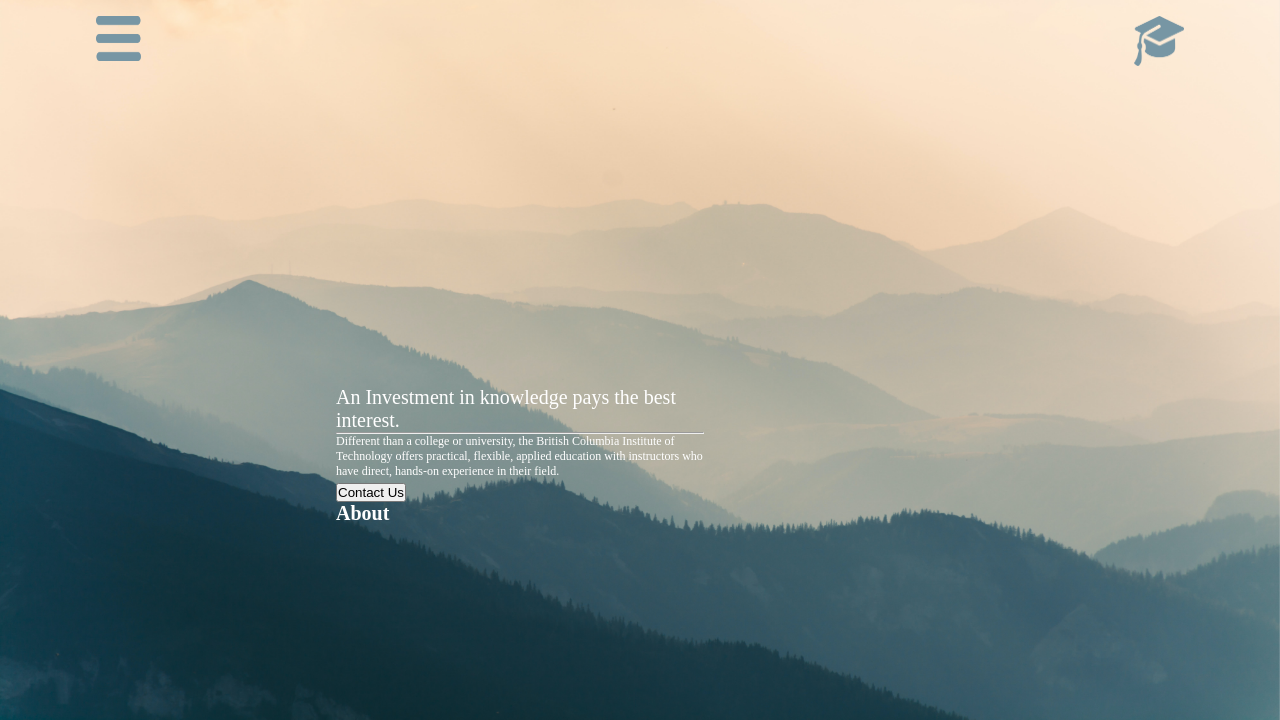
Repository: anoncoderin/assignment01-withCarousel-Madhu
Page: /
The author's editor kept a copy of each file at every save. The page is drawn from the files as they stood at one save, then again after a run of saves.
The browser window is 1280 px wide. The pictures show the whole page.
The project was rebuilt for these pictures with package versions that can differ from the ones it lists, and the page was loaded fresh each time. The framework's server and built-in components were replaced by stand-ins that run in the browser. Also part of the build but not shown: next.config.js.

Above is the page before, as saved 2023-02-01 22:18:52.

After the next 4 saves:
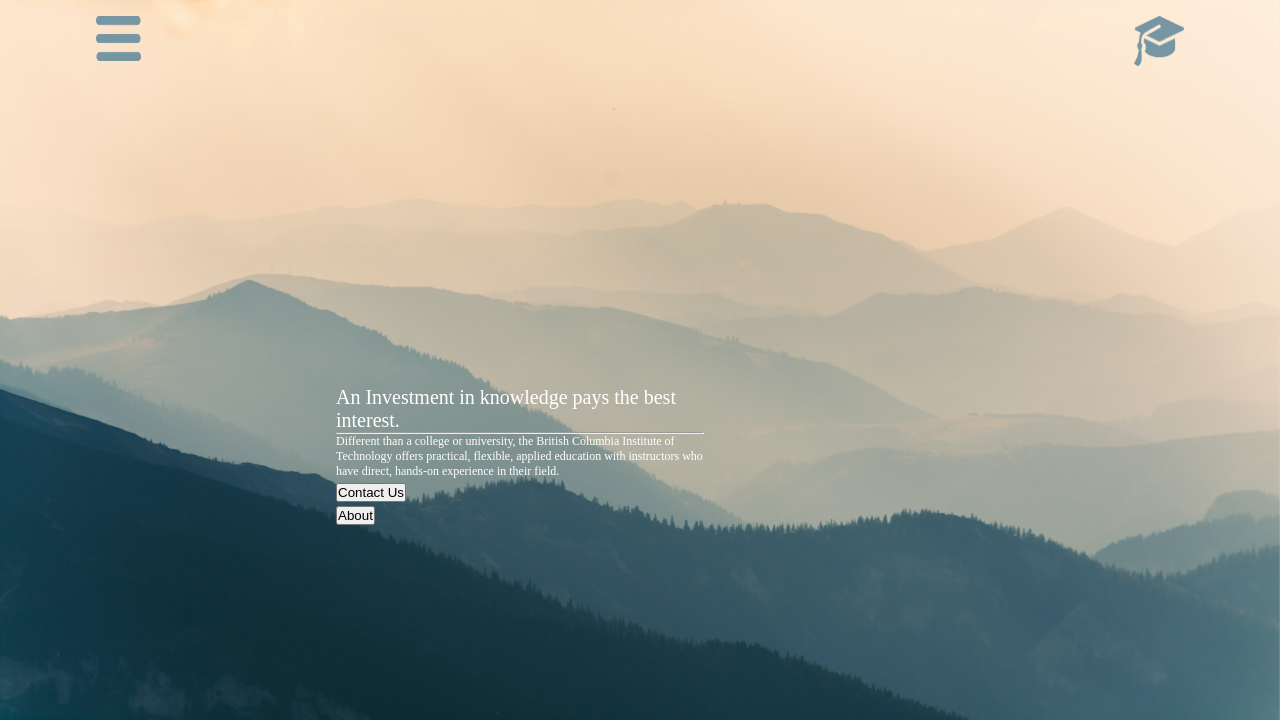
The 4 saves are shown as one change because they came seconds apart.
The last was saved 33 s later.
--- a/pages/index.js
+++ b/pages/index.js
@@ -45,7 +45,7 @@ export default function Home() {
             hands-on experience in their field.</p>
 
             <Link href="contact"><button>Contact Us</button></Link>
-          <Link href="about"><b>About</b></Link>
+          <Link href="about"><button>About</button></Link>
           </div>
         </div>
 
